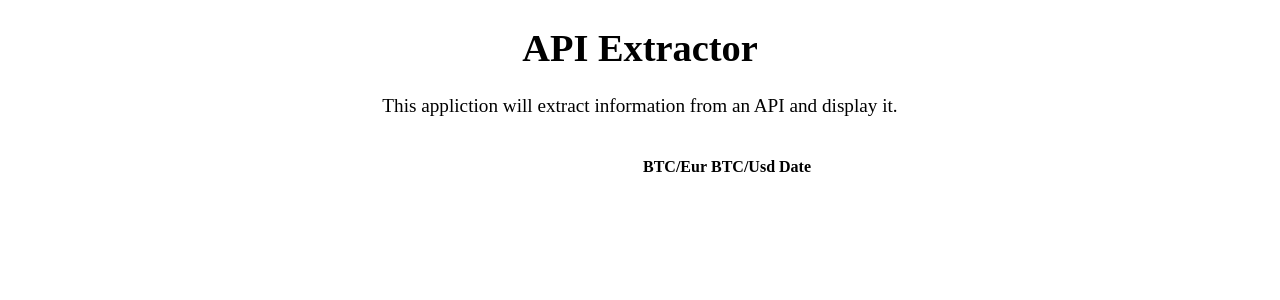
Repository: vxyux/api-extraction
Page: index.html
An editor plug-in stored every save of this project. The page is shown before and after the next save, followed by the edit.
The browser window is 1280 px wide. The pictures show the whole page.
The page's requests for data from a server got no answer.

Above is the page before, as saved 2023-09-05 10:34:48.

After the next save:
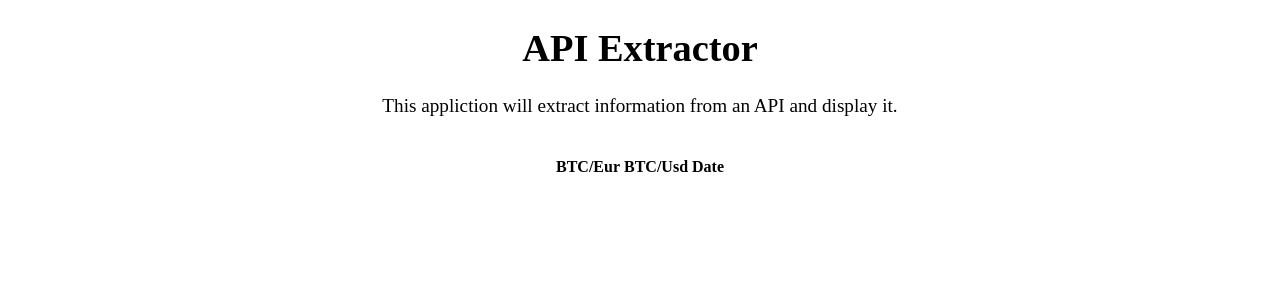
Saved 25 s later.
--- a/stylesheet.css
+++ b/stylesheet.css
@@ -5,5 +5,6 @@
 
 table
 {
-  margin-left: 50%;
+  margin-left: auto;
+  margin-right: auto;
 }
